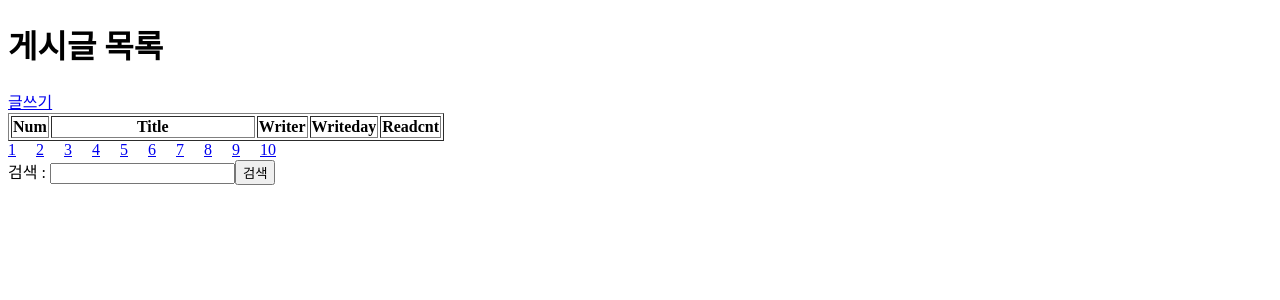
Repository: sanghshlsh/workspace_jsp
Page: http://localhost/Board3/list.jsp
These files come from the project's save history. The page is drawn as it stood at one moment and after the next save; the edit follows.
The browser window is 1280 px wide. The pictures show the whole page.
The page is served by Tomcat 9. Other server files are loaded and not shown. The template is opened directly, without the code that normally fills it, so the values that code supplies are empty.

Above is the page before, as saved 2020-06-09 00:24:48.

### Board3/WebContent/list.jsp
<%@ page language="java" contentType="text/html; charset=UTF-8"
    pageEncoding="UTF-8"%>
<%@ taglib uri="http://java.sun.com/jsp/jstl/core" prefix="c"%>
<%@ taglib uri="http://java.sun.com/jsp/jstl/fmt" prefix="fmt" %>
<%@ taglib uri="http://java.sun.com/jsp/jstl/functions" prefix="fn" %>

<!DOCTYPE html>
<html>
<head>
<meta charset="UTF-8">
<title>Insert title here</title>
</head>
<body>
<h1>게시글 목록</h1>
<a href="writeui.do">글쓰기</a>


<table border="1">
<thead>
<tr>
<th>Num</th>
<th width="200">Title</th>
<th>Writer</th>
<th>Writeday</th>
<th>Readcnt</th>

</tr>
</thead>
<tbody>
<c:forEach items="${list }" var="dto">
<tr>
<td>${dto.num}</td>
<td>
<c:forEach begin="1" end="${dto.repIndent }">&nbsp;</c:forEach>
<a href="read.do?num=${dto.num}">
${dto.title}</a></td>
<td>${dto.writer}</td>
<td>${dto.writeday}</td>
<td>${dto.readcnt}</td>

</tr>

</c:forEach>



</tbody>
</table>

<c:forEach begin="1" end="10" var="idx">
<a href="list.do?curPage=${idx }">${idx }</a> &nbsp; &nbsp;
</c:forEach>


<form action="search.do?title=">
검색 : <input name="title"><input type="submit" value="검색">
</form>









</body>
</html>

After the next save:
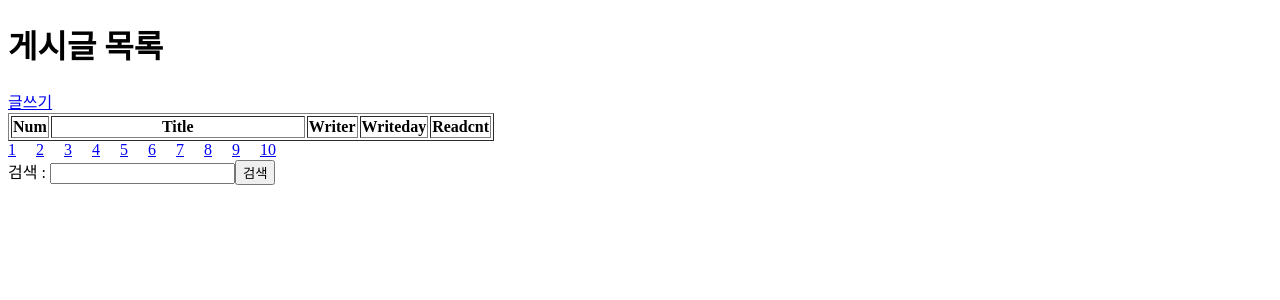
Saved 13 s later.
--- a/Board3/WebContent/list.jsp
+++ b/Board3/WebContent/list.jsp
@@ -19,7 +19,7 @@
 <thead>
 <tr>
 <th>Num</th>
-<th width="200">Title</th>
+<th width="250">Title</th>
 <th>Writer</th>
 <th>Writeday</th>
 <th>Readcnt</th>
